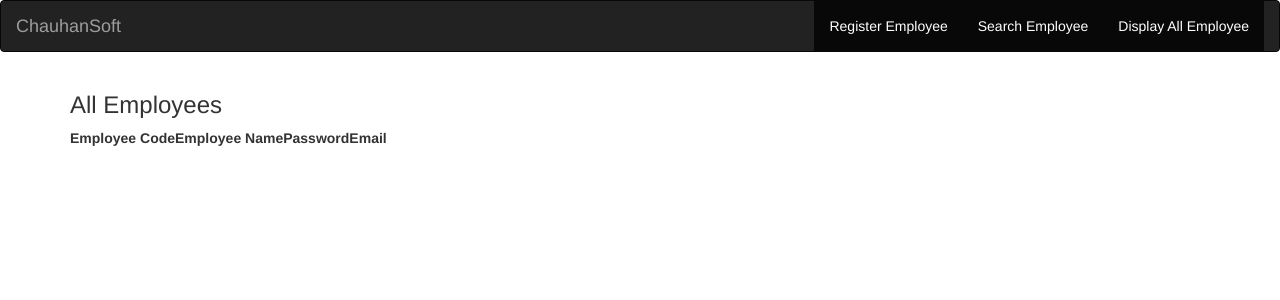
Repository: ErAdarshChauhan/Spring-Framework-5.0.0-Concepts
Page: http://localhost/sf-mvc-with-hibernate-crud-and-login-logout/WEB-INF/jsp/allEmployee.jsp
The author's editor kept a copy of each file at every save. The page is drawn from the files as they stood at one save, then again after the next save.
The browser window is 1280 px wide. The pictures show the whole page.
The page is served by Tomcat 9. Nobody is signed in. The template is opened directly, without the code that normally fills it, so the values that code supplies are empty.

Above is the page before, as saved 2020-06-22 09:19:45.

After the next save:
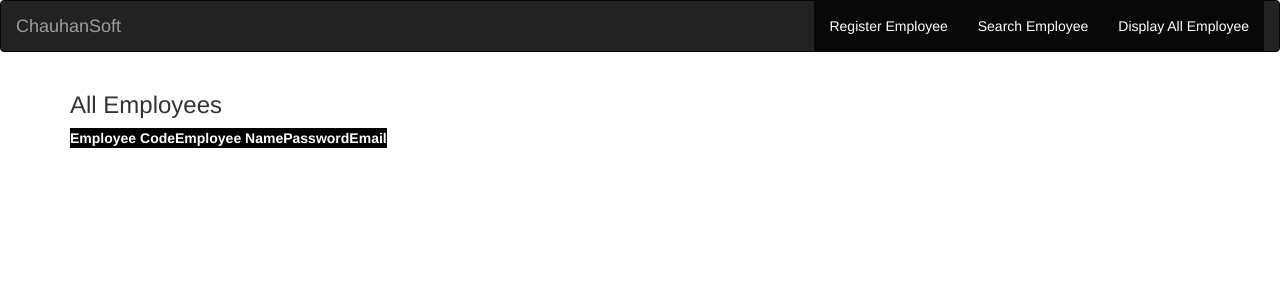
Saved 60 s later.
--- a/Spring-MVC-Projects/sf-mvc-with-hibernate-crud-and-login-logout/src/main/webapp/WEB-INF/jsp/allEmployee.jsp
+++ b/Spring-MVC-Projects/sf-mvc-with-hibernate-crud-and-login-logout/src/main/webapp/WEB-INF/jsp/allEmployee.jsp
@@ -14,7 +14,10 @@
   	.navbar-align{
   		float: right;
   	}
-
+  	th{
+  		background-color: black;
+  		color:white;
+  	}
   </style>
 </head>
 <body>
